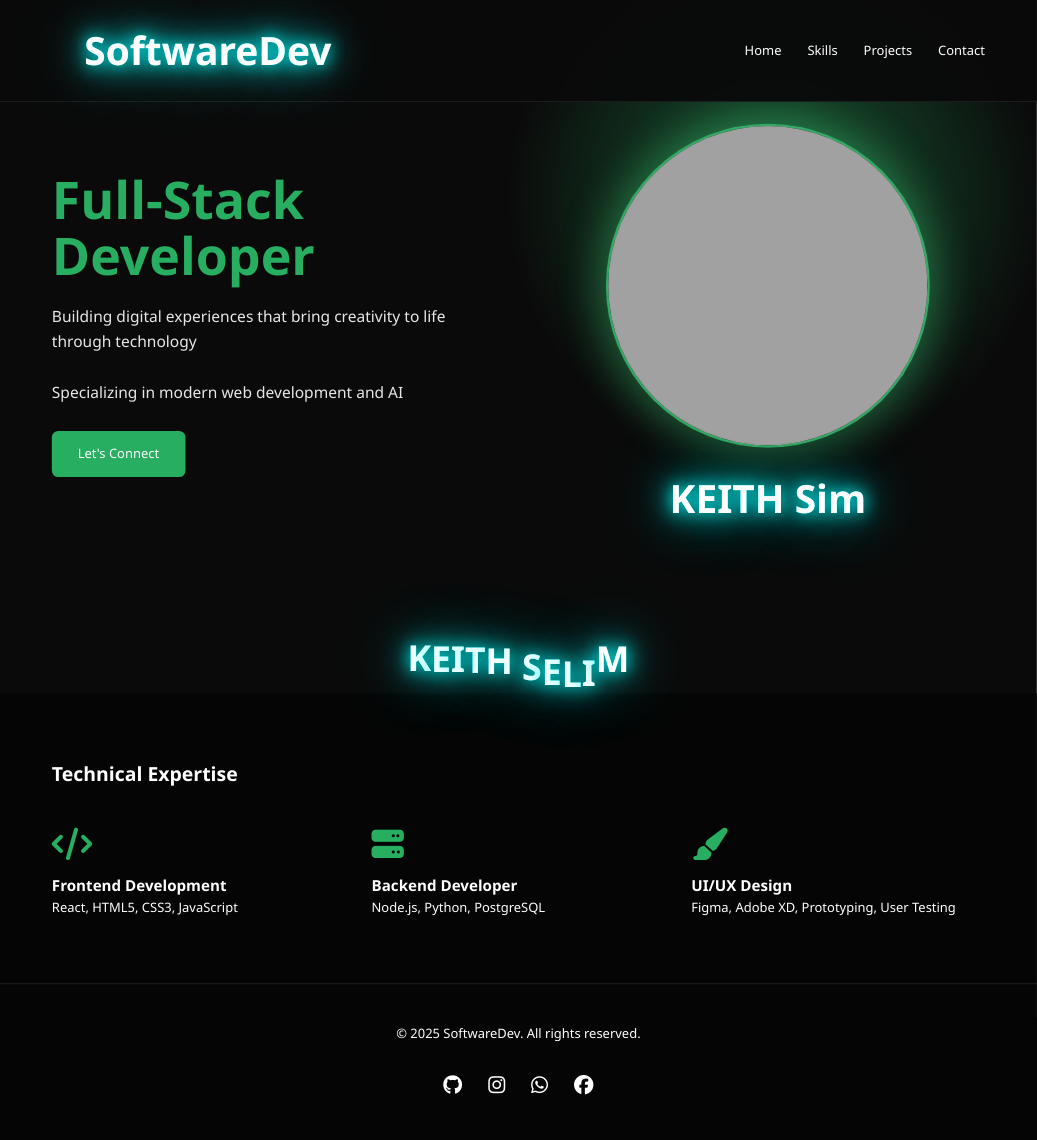
Repository: PEEZYBEE/my-react-portfolio
Page: /
These files come from the project's save history. The page is drawn as it stood at one moment and after the next save; the edit follows.
The browser window is 1280 px wide. The pictures show the whole page, at 81% of full size.
Pictures or frames that could not be fetched are drawn as grey boxes. The project was rebuilt for these pictures with package versions that can differ from the ones it lists, and the page was loaded fresh each time. Also part of the build but not shown: vite.config.js.

Above is the page before, as saved 2025-04-21 01:15:41.

After the next save:
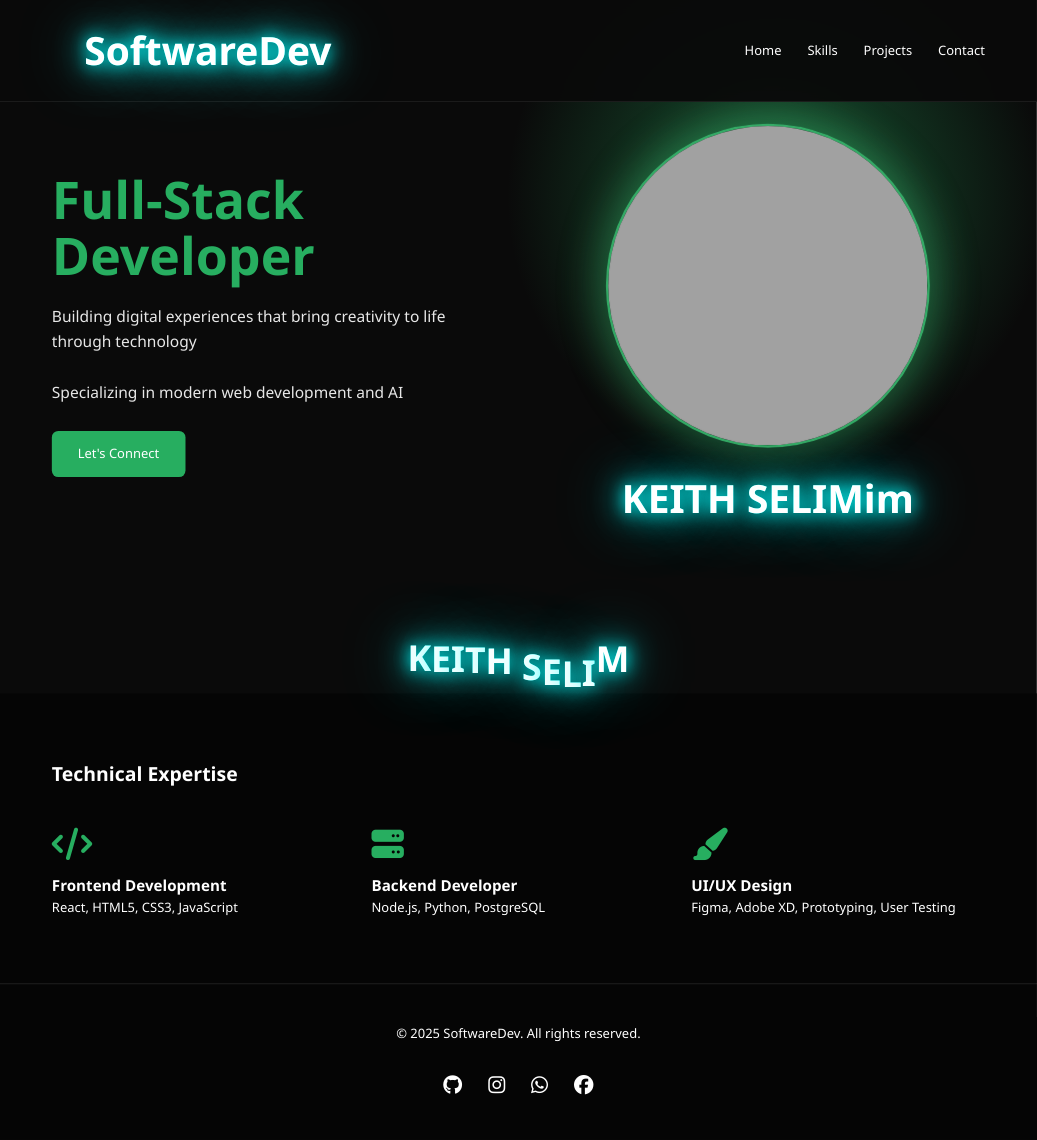
Saved 5 s later.
--- a/src/components/Hero.jsx
+++ b/src/components/Hero.jsx
@@ -14,7 +14,7 @@ const Hero = () => {
       <div className="hero-image-container">
         <img src="profile.jpg" alt="Profile" className="profile-img" />
         <div className="name-banner">
-          <h2>KEITH Sim</h2>
+          <h2>KEITH SELIMim</h2>
         </div>
       </div>
     </section>
